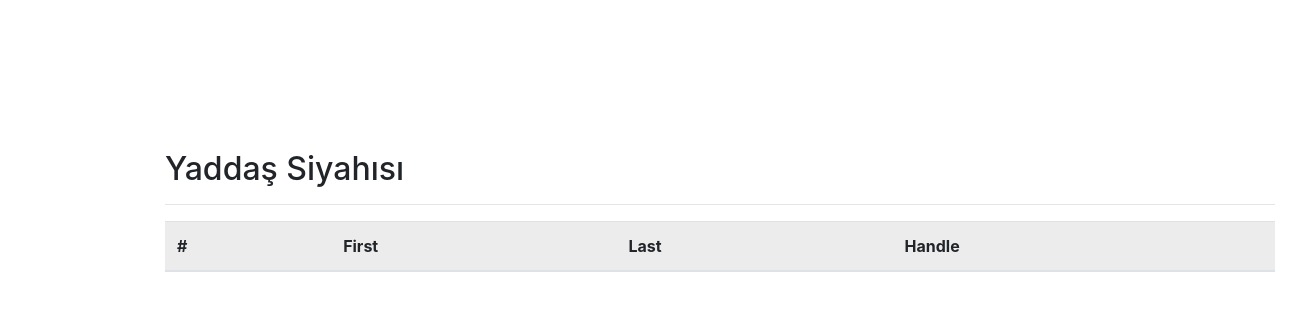
Repository: elvinyeka/ToDoApp
Page: http://localhost/
These files come from the project's save history. The page is drawn as it stood at one moment and after the next save; the edit follows.
The browser window is 1280 px wide. The page is 1290 px wide, so the pictures cover 1290 px, including what lies to the right of the window. The pictures show the whole page.
Some web libraries are served in a nearby version. The page is served by the project's application, run on Flask 3 (todo.py).

Above is the page before, as saved 2020-09-27 19:51:12.

### templates/index.html
<!DOCTYPE html>
<html lang="en">

<head>
    <meta charset="UTF-8">
    <meta name="viewport" content="width=device-width, initial-scale=1.0">
    <link rel="stylesheet" href="https://maxcdn.bootstrapcdn.com/bootstrap/4.0.0/css/bootstrap.min.css" integrity="sha384-Gn5384xqQ1aoWXA+058RXPxPg6fy4IWvTNh0E263XmFcJlSAwiGgFAW/dAiS6JXm" crossorigin="anonymous">
    <title>ToDoApp</title>
</head>

<body>
    <div style="margin: 150px;" class="container">
        <h2>Yaddaş Siyahısı</h2>
        <hr>
        <table class="table table-hover">
            <thead class="table-active">
                <tr>
                    <th scope="col">#</th>
                    <th scope="col">First</th>
                    <th scope="col">Last</th>
                    <th scope="col">Handle</th>
                </tr>
            </thead>
            <tbody>
                <tr>

                </tr>
            </tbody>


        </table>
    </div>


    <script src="https://code.jquery.com/jquery-3.2.1.slim.min.js" integrity="sha384-KJ3o2DKtIkvYIK3UENzmM7KCkRr/rE9/Qpg6aAZGJwFDMVNA/GpGFF93hXpG5KkN" crossorigin="anonymous"></script>
    <script src="https://cdnjs.cloudflare.com/ajax/libs/popper.js/1.12.9/umd/popper.min.js" integrity="sha384-ApNbgh9B+Y1QKtv3Rn7W3mgPxhU9K/ScQsAP7hUibX39j7fakFPskvXusvfa0b4Q" crossorigin="anonymous"></script>
    <script src="https://maxcdn.bootstrapcdn.com/bootstrap/4.0.0/js/bootstrap.min.js" integrity="sha384-JZR6Spejh4U02d8jOt6vLEHfe/JQGiRRSQQxSfFWpi1MquVdAyjUar5+76PVCmYl" crossorigin="anonymous"></script>
</body>

</html>

### todo.py
from flask import Flask,render_template
from flask_sqlalchemy import SQLAlchemy

app = Flask(__name__)
app.config['SQLALCHEMY_DATABASE_URI'] = 'sqlite:////Users/Elvin/Desktop/ToDoApp/todo.db'
db = SQLAlchemy(app)

@app.route("/")
def index():
    return render_template("index.html")

class Todo(db.Model):

    id = db.Column(db.Integer,primary_key=True)
    title = db.Column(db.String(80))
    content = db.Column(db.Text)
    complete = db.Column(db.Boolean)


if __name__ == "__main__":
    app.run(debug=True)

After the next save:
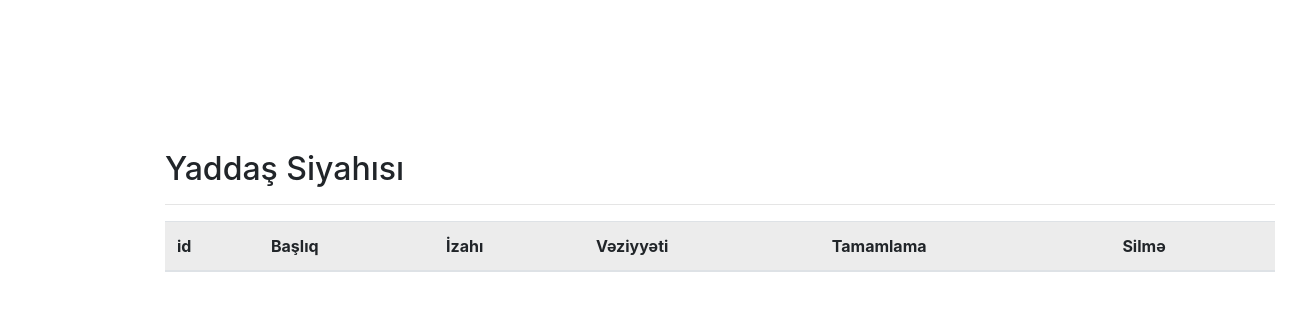
Saved 3 min 17 s later.
--- a/templates/index.html
+++ b/templates/index.html
@@ -15,10 +15,12 @@
         <table class="table table-hover">
             <thead class="table-active">
                 <tr>
-                    <th scope="col">#</th>
-                    <th scope="col">First</th>
-                    <th scope="col">Last</th>
-                    <th scope="col">Handle</th>
+                    <th scope="col">id</th>
+                    <th scope="col">Başlıq</th>
+                    <th scope="col">İzahı</th>
+                    <th scope="col">Vəziyyəti</th>
+                    <th scope="col">Tamamlama</th>
+                    <th scope="col">Silmə</th>
                 </tr>
             </thead>
             <tbody>
